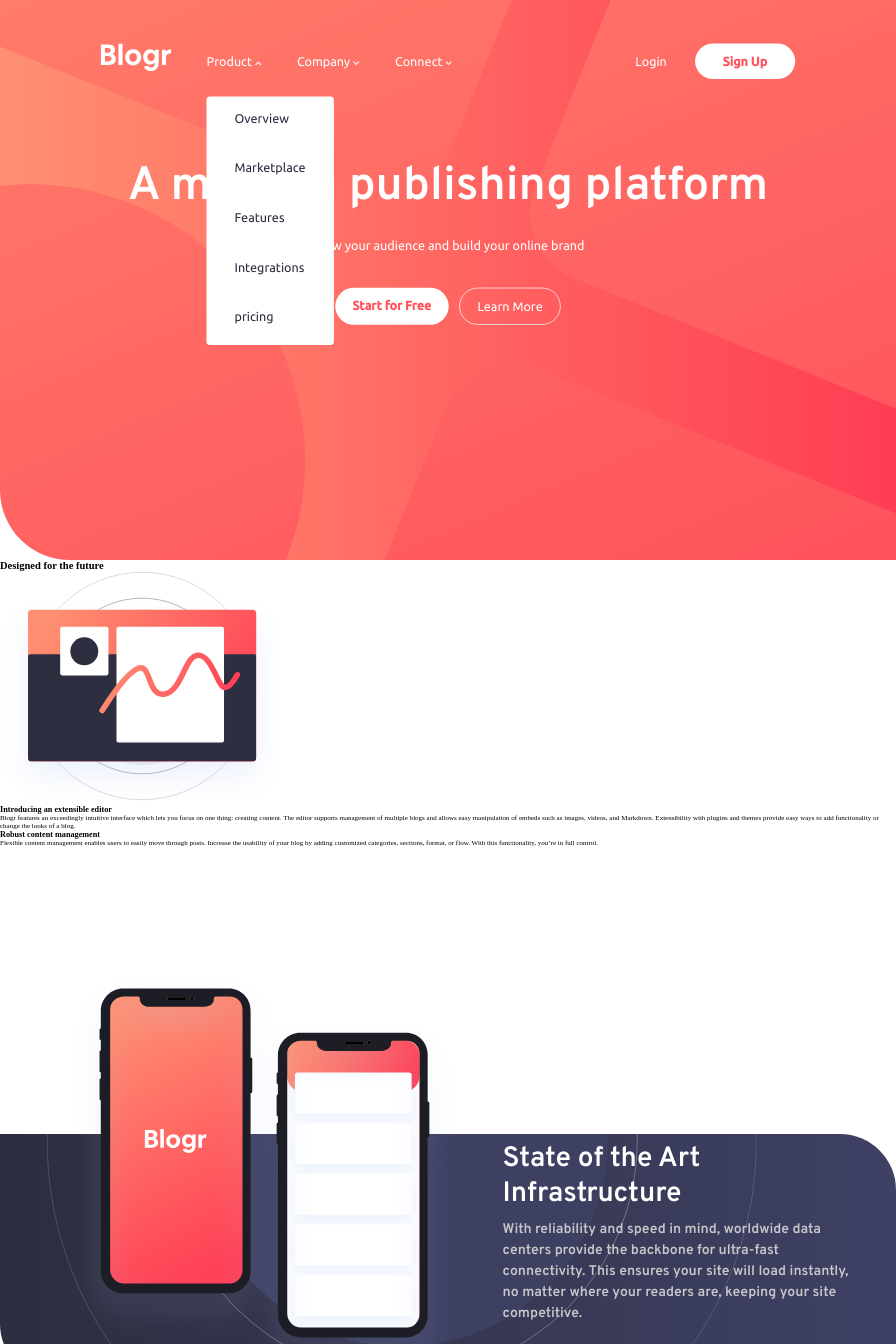
Repository: tomas938/tomaspage3
Page: index.html
An editor plug-in stored every save of this project. The page is shown before and after the next save, followed by the edit.
The browser window is 1280 px wide. The pictures show the part of the page from y = 0 to 1920 px (the page is 3367 px tall), at 70% of full size.
After loading, the first visible `li` was clicked once.
The style sheet was rebuilt from its Sass, Less or Tailwind sources for each picture, by a compiler version that may differ from the author's.

Above is the page before, as saved 2021-08-02 21:26:45.

After the next save:
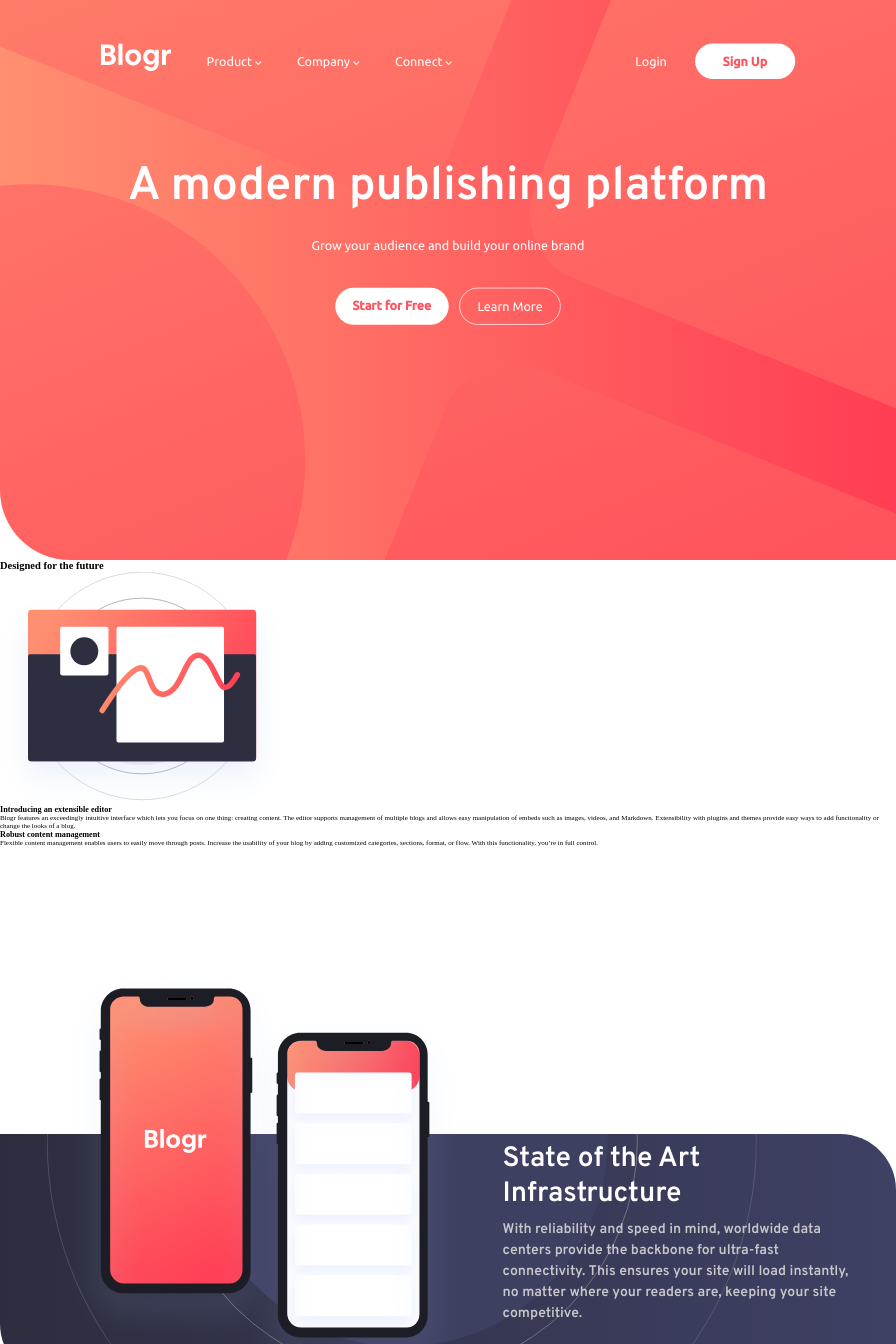
Saved 81 s later.
--- a/main.js
+++ b/main.js
@@ -12,10 +12,10 @@
 		links.forEach((link) => {
 			link.classList.remove("activate");
 		});
-		if (link.classList.contains("activate")) {
-			link.classList.remove("activate");
-		} else {
-			link.classList.add("activate");
-		}
+		// 	link.classList.add("activate");
+		// if (link.classList.contains("activate")) {
+		// 	link.classList.remove("activate");
+		// } else {
+		// }
 	});
 });

After the save that followed:
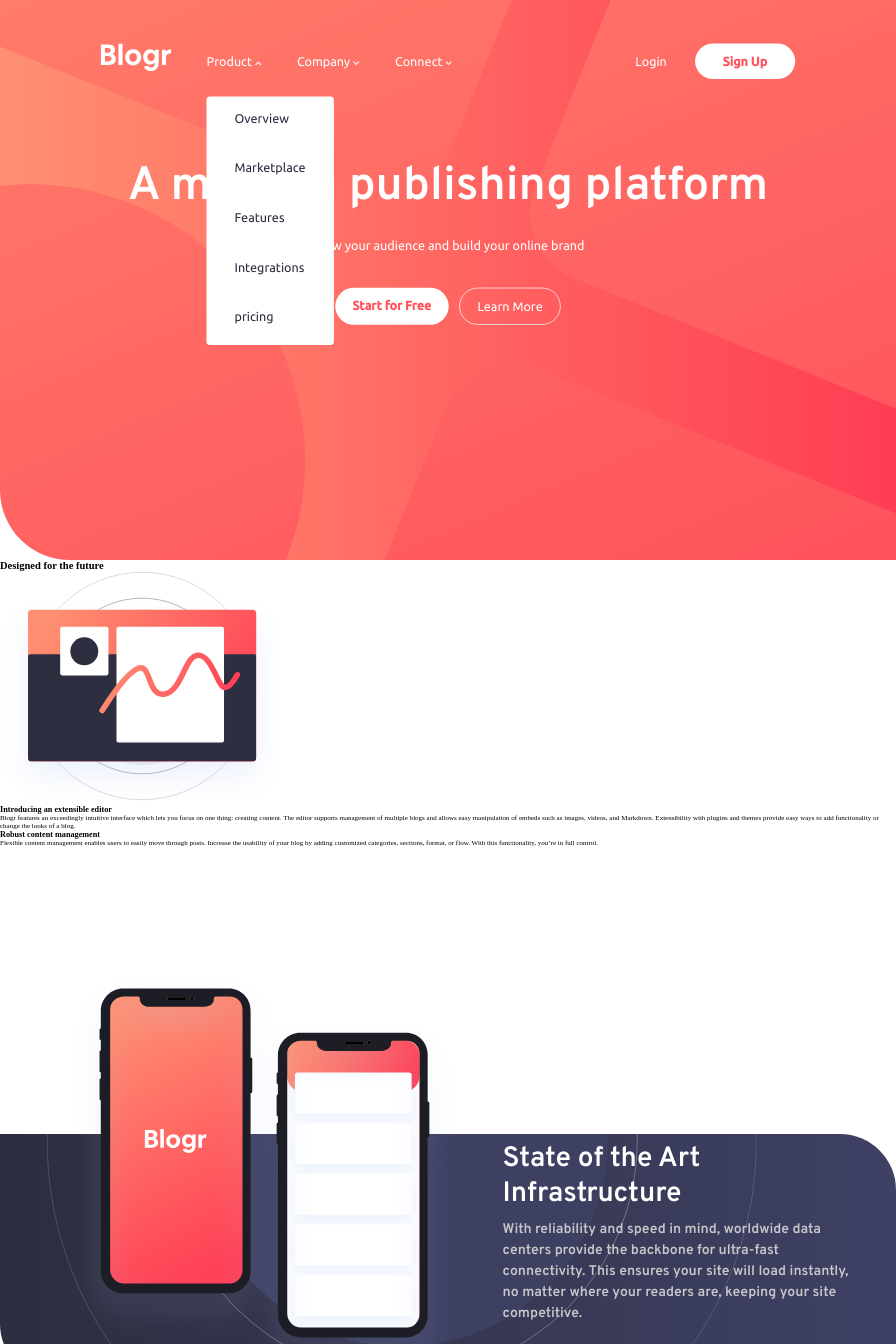
Saved 4 s later.
--- a/main.js
+++ b/main.js
@@ -12,7 +12,7 @@
 		links.forEach((link) => {
 			link.classList.remove("activate");
 		});
-		// 	link.classList.add("activate");
+		link.classList.add("activate");
 		// if (link.classList.contains("activate")) {
 		// 	link.classList.remove("activate");
 		// } else {
